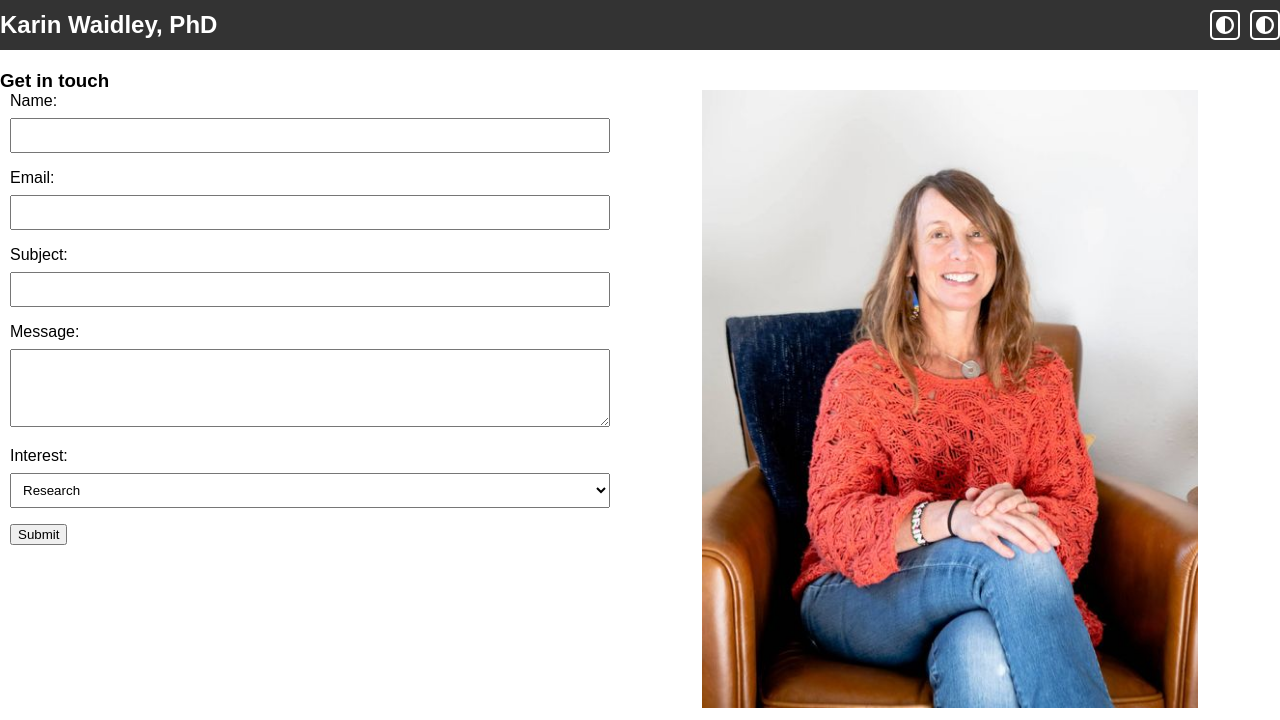
Repository: Ceasor7/Karin
Page: contact.html
The author's editor kept a copy of each file at every save. The page is drawn from the files as they stood at one save, then again after the next save.
The browser window is 1280 px wide. The pictures show the whole page.

Above is the page before, as saved 2023-12-14 13:06:38.

### contact.html
<!DOCTYPE html>
<html lang="en">

<head>
    <meta charset="UTF-8">
    <meta name="viewport" content="width=device-width, initial-scale=1.0">
    <title>Karin Waidley, PhD | Contact</title>
    <style>
        /* Resetting some default styles for better consistency */
        body,
        h1,
        h2,
        h3,
        p,
        ul,
        li {
            margin: 0;
            padding: 0;
            list-style: none;
        }

        /* Global styles */
        body {
            font-family: Arial, sans-serif;
        }

        /* Navbar styles */
        header {
            background-color: #333;
            color: white;
            padding: 10px 0;
        }

        .navbar {
            display: flex;
            justify-content: space-between;
            align-items: center;
        }

        .navbar-logo {
            font-size: 1.5em;
            font-weight: bold;
        }

        .navbar-icons {
            display: flex;
            gap: 10px;
        }

        .dark-mode-toggle {
            color: var(--secondary-color);
            border: 2px solid currentColor;
            padding: 4px;
            background: transparent;
            cursor: pointer;
            border-radius: 5px;
            width: 30px;
            height: 30px;
        }

        /* Main content styles */
        section {
            margin-top: 20px;
        }

        /* Contact form styles */
        form {
            max-width: 600px;
            margin: 0 auto;
        }

        label {
            display: block;
            margin-bottom: 8px;
        }

        input,
        textarea,
        select {
            width: 100%;
            padding: 8px;
            margin-bottom: 16px;
            box-sizing: border-box;
        }

        /* New section styles */
        .image-section {
            text-align: center;
            margin-top: 20px;
        }

        .image-section img {
            max-width: 80%;
            height: auto;
        }

        /* Add this CSS to make the two divs beside each other */
        .flex-container {
            display: flex;
            justify-content: space-between;
            margin-top: 20px;
        }

        .flex-container>div {
            flex: 1;
            margin-right: 20px;
        }
    </style>
</head>

<body>
    <header>
        <div class="navbar">
            <div class="navbar-logo">Karin Waidley, PhD</div>
            <div class="navbar-icons">
                <button id="dark-mode-toggle" class="dark-mode-toggle">
                    <svg width="100%" xmlns="http://www.w3.org/2000/svg" viewBox="0 0 496 496">
                        <path fill="currentColor"
                            d="M8,256C8,393,119,504,256,504S504,393,504,256,393,8,256,8,8,119,8,256ZM256,440V72a184,184,0,0,1,0,368Z"
                            transform="translate(-8 -8)" />
                    </svg>
                </button>
                <button id="dark-mode-toggle" class="dark-mode-toggle">
                    <svg width="100%" xmlns="http://www.w3.org/2000/svg" viewBox="0 0 496 496">
                        <path fill="currentColor"
                            d="M8,256C8,393,119,504,256,504S504,393,504,256,393,8,256,8,8,119,8,256ZM256,440V72a184,184,0,0,1,0,368Z"
                            transform="translate(-8 -8)" />
                    </svg>
                </button>
            </div>
        </div>
    </header>
    <div class="flex-container">
        <div>
            <h3>Get in touch</h1>
                <form>
                    <label for="name">Name:</label>
                    <input type="text" id="name" name="name" required>

                    <label for="email">Email:</label>
                    <input type="email" id="email" name="email" required>

                    <label for="subject">Subject:</label>
                    <input type="text" id="subject" name="subject" required>

                    <label for="message">Message:</label>
                    <textarea id="message" name="message" rows="4" required></textarea>

                    <label for="interest">Interest:</label>
                    <select id="interest" name="interest">
                        <option value="research">Research</option>
                        <option value="speaking">Speaking</option>
                        <option value="teaching">Teaching</option>
                        <option value="community-reach">Community Reach</option>
                    </select>

                    <button type="submit">Submit</button>
                </form>
        </div>
        <!-- New section with image -->
        <div class="image-section">
            <img src="images/Karin.jpeg" alt="Karin Waidley">
        </div>
    </div>

</body>

</html>

After the next save:
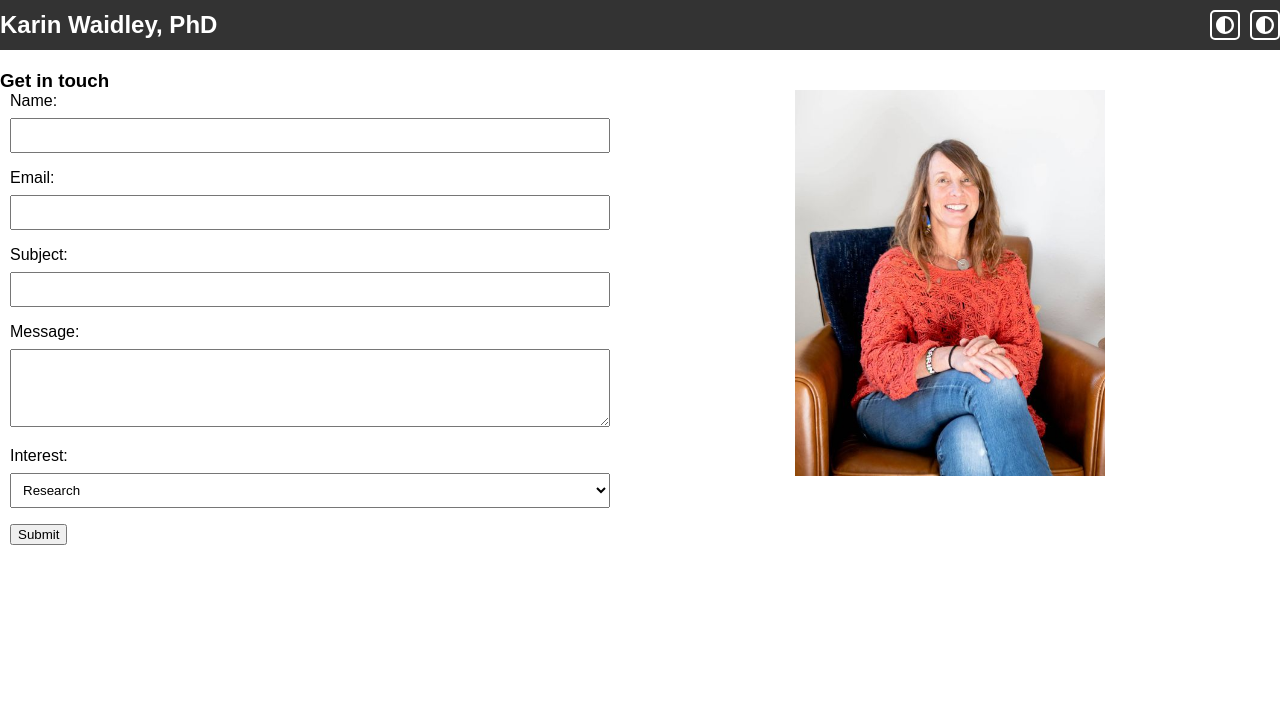
Saved 11 s later.
--- a/contact.html
+++ b/contact.html
@@ -90,7 +90,7 @@
         }
 
         .image-section img {
-            max-width: 80%;
+            max-width: 50%;
             height: auto;
         }
 
